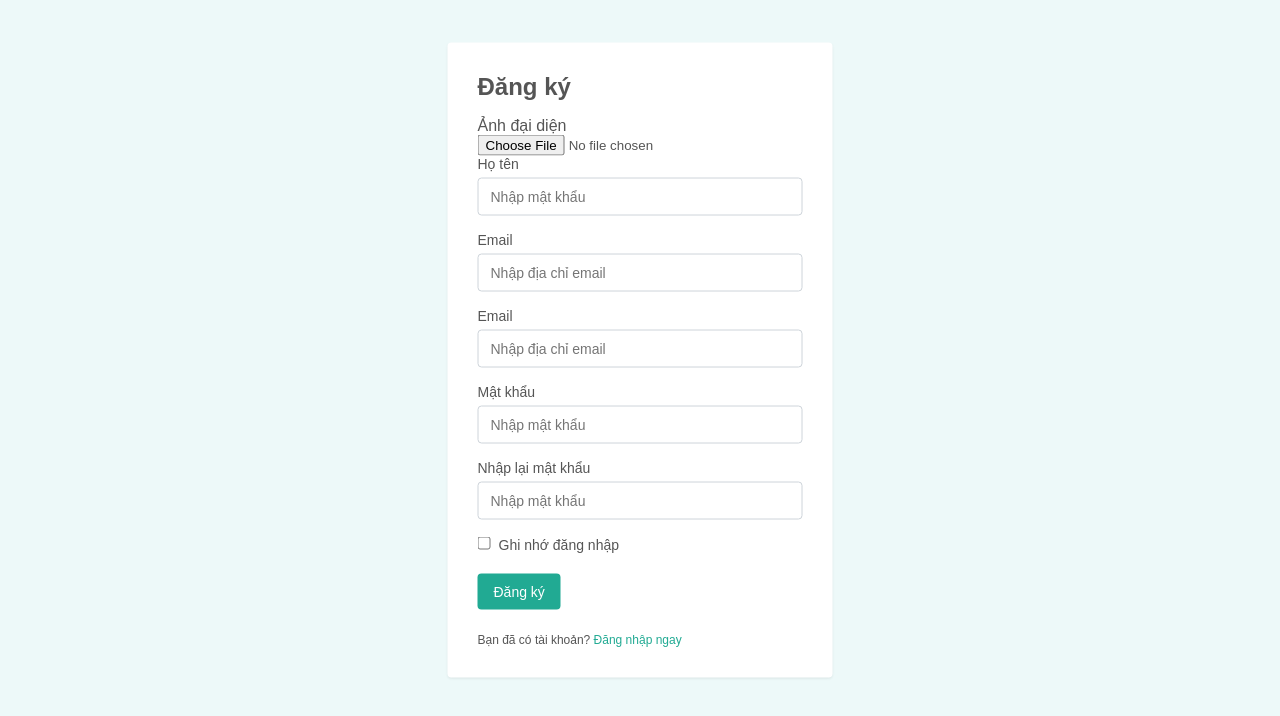
Repository: ntq25012002/chat-app
Page: /register
The author's editor kept a copy of each file at every save. The page is drawn from the files as they stood at one save, then again after the next save.
The browser window is 1280 px wide. The pictures show the whole page.
The project was rebuilt for these pictures with package versions that can differ from the ones it lists, and the page was loaded fresh each time. Also part of the build but not shown: src/pages/Home/Home.module.scss, src/pages/Home/index.js, src/pages/Login/Login.module.scss, src/pages/Login/index.js, src/pages/Profile/index.js, src/pages/Chat/index.js, src/layouts/components/SideBar/SideBar.module.scss, src/layouts/components/SideBar/index.js and 2 more. Imported but missing from the stored project, and not drawn on this page: src/layouts/components/SideBar/SideBarListChat.

Above is the page before, as saved 2023-05-25 10:37:54.

After the next save:
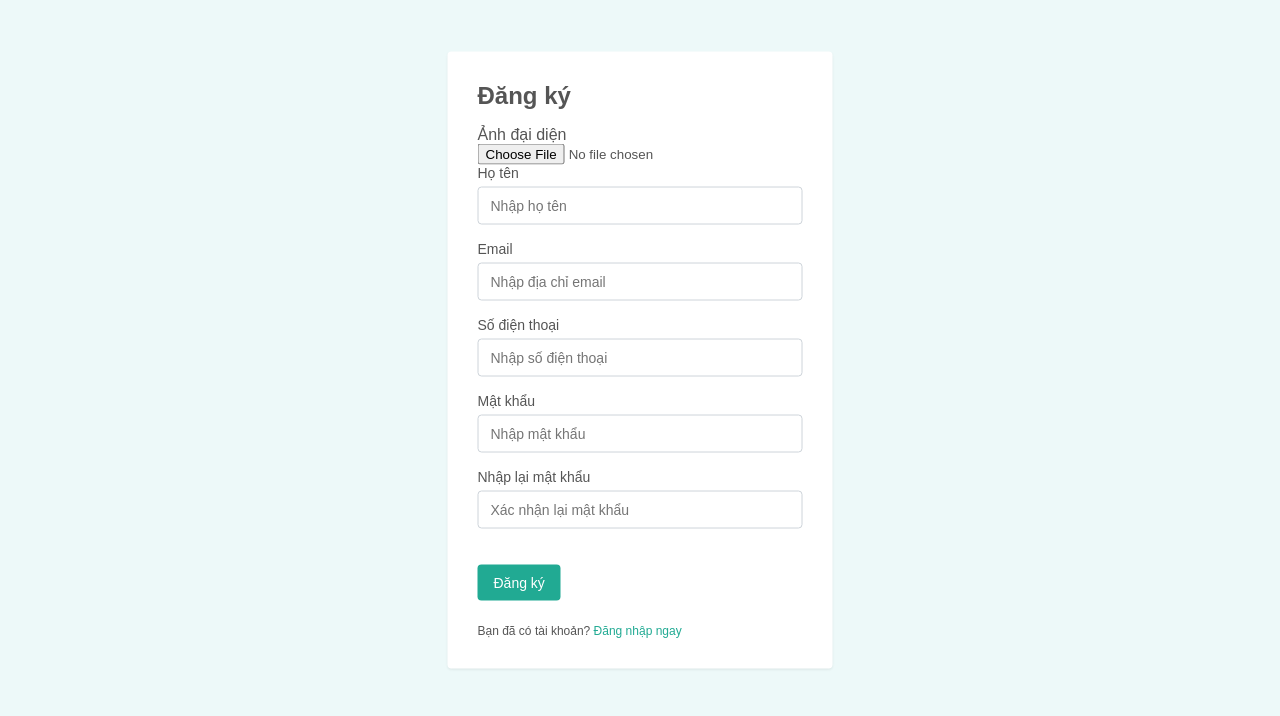
Saved 2 min 4 s later.
--- a/src/layouts/components/AuthForm/index.js
+++ b/src/layouts/components/AuthForm/index.js
@@ -113,15 +113,15 @@ function AuthForm( {...props} ) {
                                     </div>
                                     <div className={cx('form-group')}>
                                         <label className={cx('form-label')}>Họ tên</label>
-                                        <input type="text"  onChange={handleInputChange} name='password' className={cx('form-control')} placeholder='Nhập mật khẩu'/>
+                                        <input type="text"  onChange={handleInputChange} name='name' className={cx('form-control')} placeholder='Nhập họ tên'/>
                                     </div>
                                     <div className={cx('form-group')}>
                                         <label className={cx('form-label')}>Email</label>
                                         <input type="text" onChange={handleInputChange} name='email' className={cx('form-control')} placeholder='Nhập địa chỉ email'/>
                                     </div>
                                     <div className={cx('form-group')}>
-                                        <label className={cx('form-label')}>Email</label>
-                                        <input type="text" onChange={handleInputChange} name='phone' className={cx('form-control')} placeholder='Nhập địa chỉ email'/>
+                                        <label className={cx('form-label')}>Số điện thoại</label>
+                                        <input type="text" onChange={handleInputChange} name='phone' className={cx('form-control')} placeholder='Nhập số điện thoại'/>
                                     </div>
                                     <div className={cx('form-group')}>
                                         <label className={cx('form-label')}>Mật khẩu</label>
@@ -129,15 +129,9 @@ function AuthForm( {...props} ) {
                                     </div>
                                     <div className={cx('form-group')}>
                                         <label className={cx('form-label')}>Nhập lại mật khẩu</label>
-                                        <input type="password"  onChange={handleInputChange} name='password' className={cx('form-control')} placeholder='Nhập mật khẩu'/>
+                                        <input type="password"  onChange={handleInputChange} name='repassword' className={cx('form-control')} placeholder='Xác nhận lại mật khẩu'/>
                                     </div>
 
-                                    <div className='d-flex'>
-                                        <div className={cx('form-control')}>
-                                            <input type="checkbox" className={cx('check_remember')} />
-                                            <label className={cx('remember_login')}>Ghi nhớ đăng nhập</label>
-                                        </div>
-                                    </div>
                                 </>
                             )
                         }
